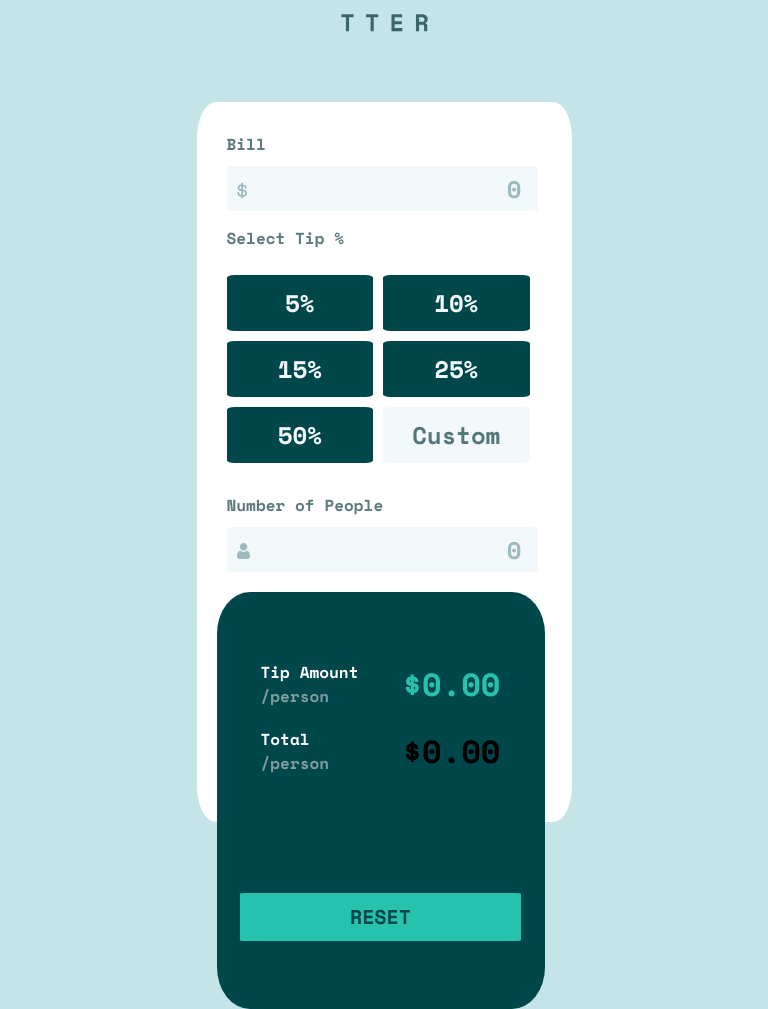
Repository: Arkitecth/tip-calculator
Page: index.html
An editor plug-in stored every save of this project. The page is shown before and after the next save, followed by the edit.
The browser window is 768 px wide. The pictures show the whole page.

Above is the page before, as saved 2023-06-09 20:23:44.

### index.html
<!DOCTYPE html>
<html lang="en">
<head>
  <meta charset="UTF-8">
  <meta name="viewport" content="width=device-width, initial-scale=1.0"> <!-- displays site properly based on user's device -->

  <link rel="icon" type="image/png" sizes="32x32" href="./images/favicon-32x32.png">
  <link rel="stylesheet" href="styles.css">
  <title>Tip calculator app</title>

</head>
<body>

  <main>
    <img src="images/logo.svg" alt="logo">
      <div class="app">
        <div class="entry">
          <div class="bill-entry">
            <p>Bill</p>
            <img src="images/icon-dollar.svg" alt="dollar sign"><input class="entry-input" type="text" name="Bill" id="Bill" placeholder="0">
          </div>

          <div class="tip-entry">
            <p>Select Tip %</p>
            <input type="button" value="5%">
            <input type="button" value="10%">
            <input type="button" value="15%">
            <input type="button" value="25%">
            <input type="button" value="50%">
            <input class="custom" type="button" value="Custom">
          </div>

          <div class="people-entry">
            <p>Number of People</p>
            <img src="images/icon-person.svg" alt="person sign"><input class="entry-input" type="text" name="people-entry" id="people-entry" placeholder="0">
          </div>

        </div>

        <div class="result">
          <div class="tip">
            <p class="title">Tip Amount
              <br>
              <span class="grey-color">/person</span>
            </p>
            <h1 class="amount">$0.00</h1>

          </div>

          <div class="total">
            <p class="title">Total
              <br>
              <span class="grey-color">/person</span>
            </p>
            <h1>$0.00</h1>
          </div>
          <button class="reset-button">Reset</button>
        </div>


  </div>
  </main>





</body>
</html>

### styles.css
@import url('https://fonts.googleapis.com/css2?family=Space+Mono:wght@700&display=swap');
* {
    margin: 0;
    padding: 0;
    font-family: 'Space Mono', monospace;
}

/* Main Styling */
body {
    background-color: #C5E4E7;

}

main {
    display: flex;
    flex-direction: column;
    justify-content: center;
    align-items: center;
    align-content: center;
    height: 100vh;
    gap: 70px;
}

/* App Styling */

.app {
    width: 920px;
    height: 481px;
    background-color: white;
    border-radius: 5%;
    display: grid;
    grid-template-columns: 1fr 1fr;
}

/* Entry Styling */

.entry {
    display: grid;
    padding-top: 30px;
    grid-template-rows: auto auto auto;
    padding-left: 30px;
    justify-content: center;
    color: #5E7A7D;
}

.entry p {
    margin-bottom: 10px;
}

.entry-input {
    background-color:#f3F9FA;
    width: 379px;
    height: 45px;
    border: none;
    border-radius: 2%;
    text-align: right;
    font-size: 1.5rem;
    color: #00474B;

}

.entry-input:focus {
    outline: none;
    border: 1px solid #26C2AE;

}

.entry-input::placeholder {
    text-align: right;
    font-size: 1.5rem;
    color:#00474B;
    opacity: 0.35;
    padding: 1rem;

}

/* Bill Styling */

.bill-entry {
    position: relative;
}

.bill-entry img {
    position: absolute;
    top: 50px;
    left: 10px;
}

/* Tip Entry */
.tip-entry p {
    padding: 10px;
}
.tip-entry input[type="button"] {
    width: 117px;
    padding: 10px;
    margin-bottom: 10px;
    background-color:#00474B;
    color: #f3F9FA;
    font-size: 1.5rem;
    border: none;
    border-radius: 5%;
    font-weight: 700;
}

.tip-entry input[type="button"]:active,.tip-entry input[type="button"]:hover {
    background-color: #26C2AE;
}
.tip-entry input[type="button"]:active {
    transform: translateY(4px);
}

.tip-entry input.custom {
    background-color: #F3F9FA;
    color:#547878;
}

/* People Entry Styling */
.people-entry {
    position: relative;
}
.people-entry img {
    position: absolute;
    top: 50px;
    left: 10px;
}

/* Result Styling */
.result {
    display: flex;
    flex-direction: column;
    background-color: #00474B;
    align-content: center;
    justify-content: space-evenly;
    border-radius: 10%;
    margin-top: 30px;
    width: 413px;
    height: 417px;
}

/* Tip Syling */
.tip {
    display: flex;
    flex-direction: row;
    justify-content: space-evenly;
    align-content: center;

}

.title {
    color: #FFFFFF;
    width: 98px;
}

.grey-color {
    color: #7F9D9F;
}

.amount {
    color: #26C2AE;
    font-size: 48px;
}

.total {
    display: flex;
    justify-content: space-evenly;
    transform: translateY(-50px);
}

/* Rest Button */
.reset-button {
    width: 333px;
    height: 48px;
    margin: 0 auto;
    text-transform: uppercase;
    font-size: 20px;
    background-color: #26C2AE;
    color: #00474B;
    border: none;
    border-radius: 2%;
}

.reset-button:hover,
.reset-button:active{
    background-color: #9FE8DF
}
.reset-button:active{
    transform: translateY(4px);
}

@media screen and (max-width:956px) {
    .app {
        display: grid;
        grid-template-rows: 1fr 1fr;
        width: 375px;
        height: 90vh;
    }
    .entry-input {
        width: 311px;
    }
    .tip-entry p {
        padding: 15px 0;
    }
    .tip-entry input[type="button"]  {
        width: 146.63px;
    }
    .people-entry p {
        padding-top: 20px;
    }

    .people-entry img {
        transform: translateY(20px);
    }
    .result {
        grid-row: 2;
        width: 328px;
        margin: 10px auto;
        font-size: 16px;
        justify-content: space-evenly;
        margin-top: 20px;
        margin-left: 20px;
    }

    .reset-button {
        width: 281px;
    }

    .amount {
        font-size: 32px;
    }
}

After the next save:
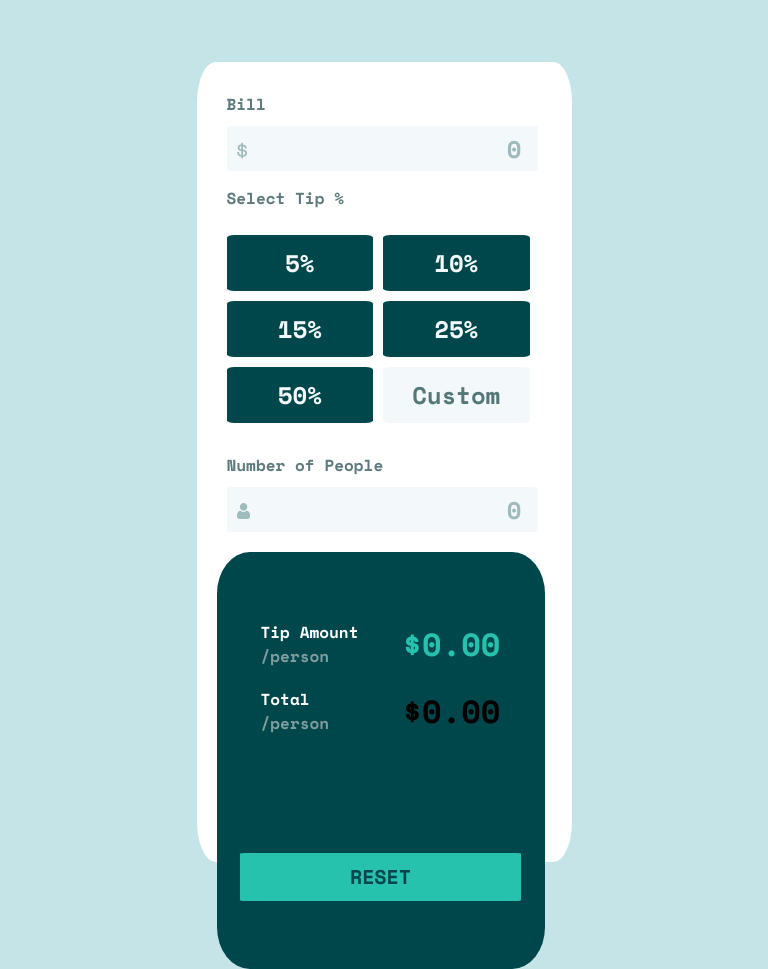
Saved 19 s later.
--- a/styles.css
+++ b/styles.css
@@ -192,7 +192,7 @@
         display: grid;
         grid-template-rows: 1fr 1fr;
         width: 375px;
-        height: 90vh;
+        height: 100vh;
     }
     .entry-input {
         width: 311px;
